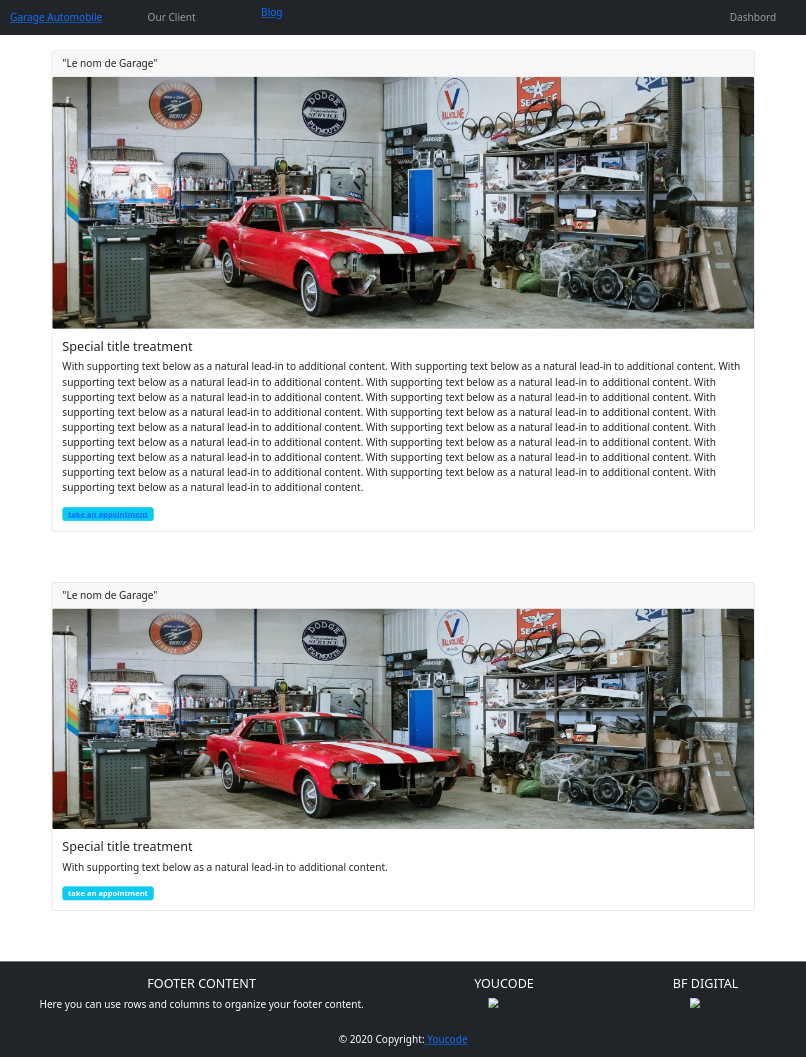
Repository: abdelhak-f/Fil-Rouge
Page: /Blog (app in client/)
These files come from the project's save history. The page is drawn as it stood at one moment and after the next save; the edit follows.
The browser window is 1280 px wide. The pictures show the whole page, at 63% of full size.
The project was rebuilt for these pictures with package versions that can differ from the ones it lists, and the page was loaded fresh each time. Also part of the build but not shown: client/src/components/Text.jsx, client/src/components/forms/FirstFrontForm.jsx, client/src/components/Body.jsx.

Above is the page before, as saved 2021-09-08 16:01:24.

After the next save:
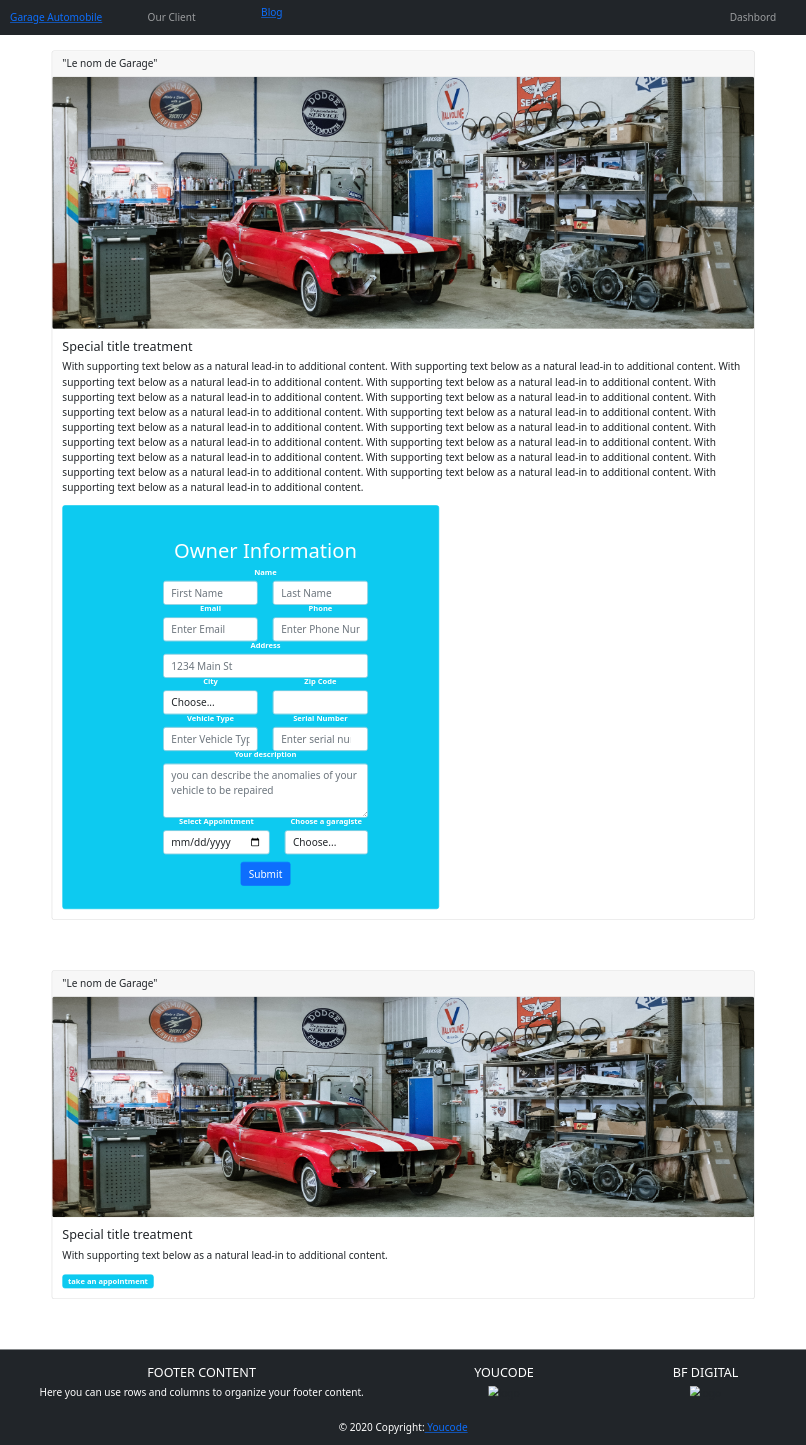
Saved 115 s later.
--- a/client/src/components/Blog.jsx
+++ b/client/src/components/Blog.jsx
@@ -38,7 +38,7 @@
                  With supporting text below as a natural lead-in to additional content.
             </Card.Text>
             <Button  className="badge" variant="info">
-              <NavLink to="/FormGarage">take an appointment</NavLink>
+              <NavLink to="/FormGarage" component={FormGarage}>take an appointment</NavLink>
             </Button>
            </Card.Body>
         </Card>

After the save that followed:
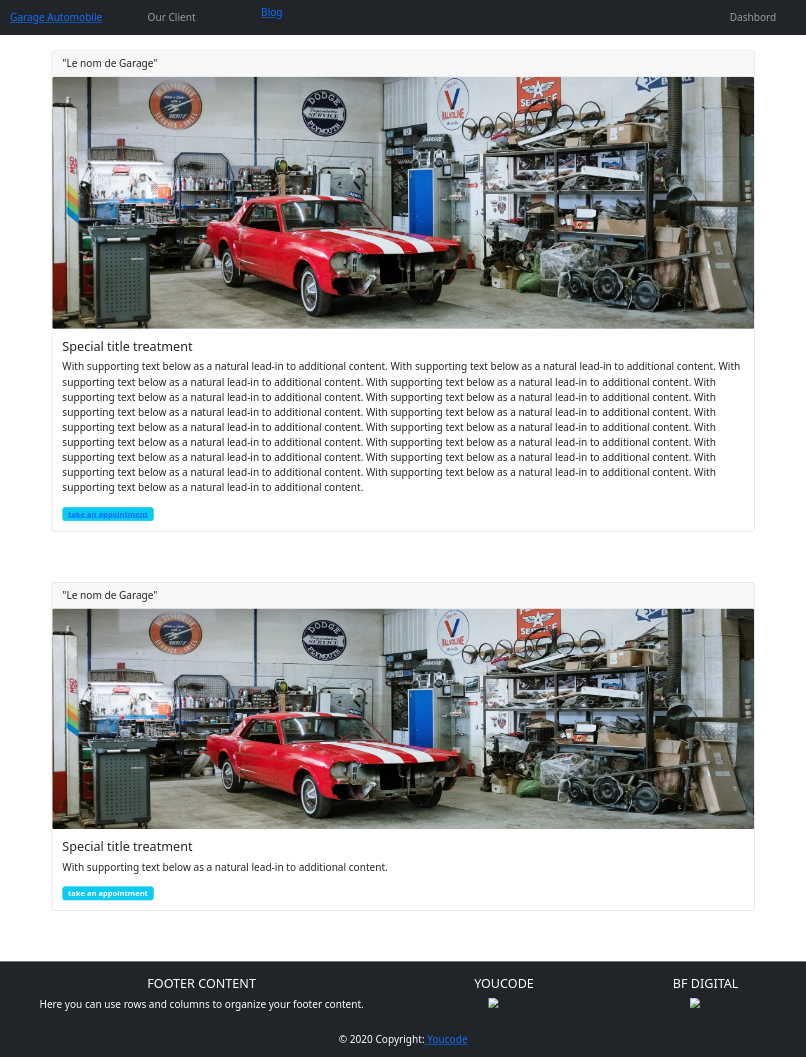
Saved 81 s later.
--- a/client/src/components/Blog.jsx
+++ b/client/src/components/Blog.jsx
@@ -38,7 +38,7 @@
                  With supporting text below as a natural lead-in to additional content.
             </Card.Text>
             <Button  className="badge" variant="info">
-              <NavLink to="/FormGarage" component={FormGarage}>take an appointment</NavLink>
+              <NavLink to="/FormGarage" >take an appointment</NavLink>
             </Button>
            </Card.Body>
         </Card>
